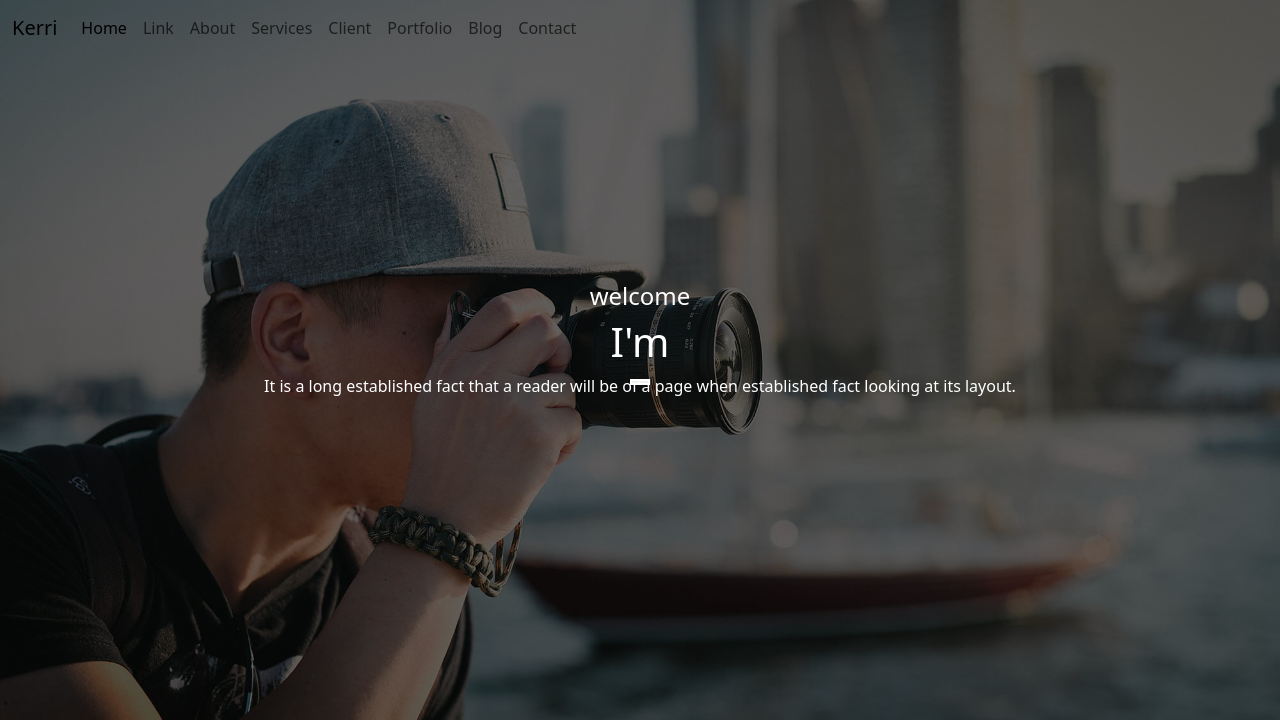
Repository: khaledradwan96/Kerri
Page: index.html
The author's editor kept a copy of each file at every save. The page is drawn from the files as they stood at one save, then again after a run of saves.
The browser window is 1280 px wide. The pictures show the whole page.

Above is the page before, as saved 2024-05-06 20:18:28.

### index.html
<!DOCTYPE html>
<html lang="en">

<head>
    <meta charset="UTF-8">
    <meta name="viewport" content="width=device-width, initial-scale=1.0">

    <link rel="stylesheet" href="css/all.min.css">
    <link rel="stylesheet" href="css/bootstrap.min.css">
    <link rel="stylesheet" href="css/style.css">

    <title>Kerri</title>
</head>

<body>

    <nav class="navbar navbar-expand-lg position-fixed top-0 z-1">
        <div class="container-fluid">
            <a class="navbar-brand" href="#">Kerri</a>
            <button class="navbar-toggler" type="button" data-bs-toggle="collapse"
                data-bs-target="#navbarSupportedContent" aria-controls="navbarSupportedContent" aria-expanded="false"
                aria-label="Toggle navigation">
                <span class="navbar-toggler-icon"></span>
            </button>
            <div class="collapse navbar-collapse" id="navbarSupportedContent">
                <ul class="navbar-nav ms-auto mb-2 mb-lg-0">
                    <li class="nav-item">
                        <a class="nav-link active" aria-current="page" href="#">Home</a>
                    </li>
                    <li class="nav-item">
                        <a class="nav-link" href="#">Link</a>
                    </li>
                    <li class="nav-item">
                        <a class="nav-link" href="#">About</a>
                    </li>
                    <li class="nav-item">
                        <a class="nav-link" href="#">Services</a>
                    </li>
                    <li class="nav-item">
                        <a class="nav-link" href="#">Client</a>
                    </li>
                    <li class="nav-item">
                        <a class="nav-link" href="#">Portfolio</a>
                    </li>
                    <li class="nav-item">
                        <a class="nav-link" href="#">Blog</a>
                    </li>
                    <li class="nav-item">
                        <a class="nav-link" href="#">Contact</a>
                    </li>
                    </li>
                </ul>
            </div>
    </nav>

    <header class="position-relative vh-100 text-white d-flex align-items-center text-center">

        <div class="container">
            <h4>welcome</h4>
            <h1>
                I'm
                <span></span>
            </h1>

            <p>
                It is a long established fact that a reader will be of a page when established fact looking at its
                layout.
            </p>

            <button class="scroll-btn"></button>
        </div>

    </header>




    <script src="js/bootstrap.bundle.min.js"></script>
</body>

</html>

### css/style.css
:root {
  --main-color: #e65f78;
}

header {
  background-image: linear-gradient(rgba(0, 0, 0, 0.6), rgba(0, 0, 0, 0.6)),
    url(../images/asset\ 15.jpeg);
  background-position: center;
  background-size: cover;
}

.scroll-btn {
  width: 20px;
  height: 35ps;
  border: solid 2px #fff;
  transform: translateY(-50px);
}

.scroll-btn::after {
  content: "";
  background-color: #fff;
  display: block;
  width: 2px;
  position: absolute;
  height: 20%;
}

Loaded but not shown: css/all.min.css (library); css/bootstrap.min.css (library); js/bootstrap.bundle.min.js (library)

After the next 3 saves:
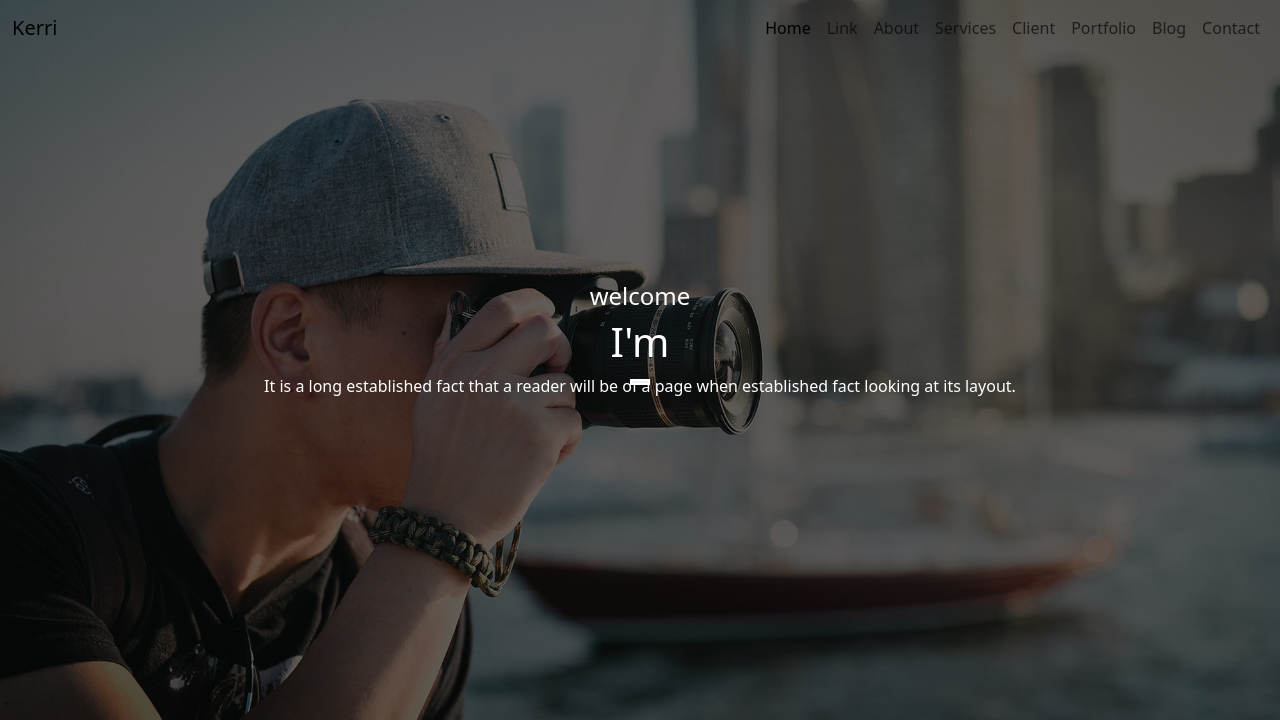
The 3 saves are shown as one change because they came seconds apart.
The last was saved 32 s later.
--- a/index.html
+++ b/index.html
@@ -14,7 +14,7 @@
 
 <body>
 
-    <nav class="navbar navbar-expand-lg position-fixed top-0 z-1">
+    <nav class="navbar navbar-expand-lg fixed-top">
         <div class="container-fluid">
             <a class="navbar-brand" href="#">Kerri</a>
             <button class="navbar-toggler" type="button" data-bs-toggle="collapse"
